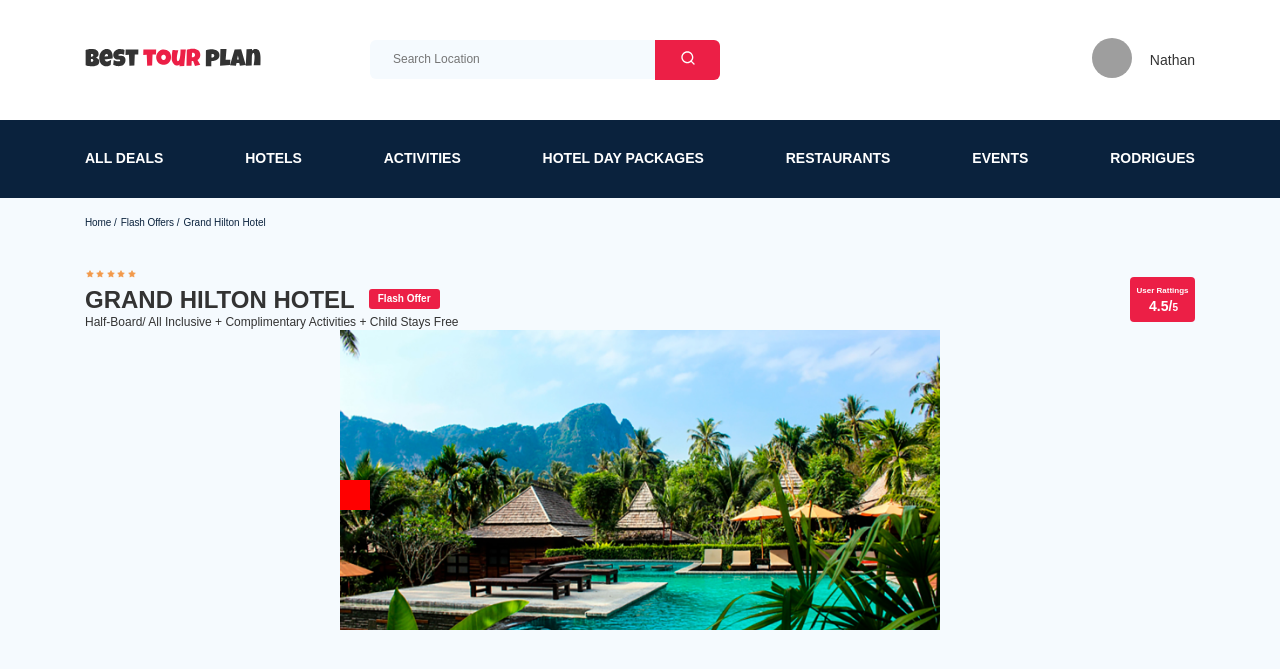
Repository: Nisovaki/tour-plan
Page: http://localhost/
The author's editor kept a copy of each file at every save. The page is drawn from the files as they stood at one save, then again after the next save.
The browser window is 1280 px wide. The pictures show the whole page.
Pictures or frames that could not be fetched are drawn as grey boxes. Some web fonts or font styles are not loaded; a fallback is used. The page is run by PHP 8.4 with error messages shown; the project is at /var/www/html/. Style sheets and scripts are compiled from the project's sources, by tool versions that may differ from the author's.

Above is the page before, as saved 2022-01-17 17:47:36.

### src/index.html
<!DOCTYPE html>
<html lang="en">
<head>
   <meta charset="UTF-8">
   <meta http-equiv="X-UA-Compatible" content="IE=edge">
   <meta name="viewport" content="width=device-width, initial-scale=1.0">
   <!-- Подключение favicon -->
   <link rel="apple-touch-icon" sizes="180x180" href="img/Favicon/apple-touch-icon.png">
   <link rel="icon" type="image/png" sizes="32x32" href="img/Favicon/favicon-32x32.png">
   <link rel="icon" type="image/png" sizes="16x16" href="img/Favicon/favicon-16x16.png">
   <link rel="manifest" href="img/Favicon/site.webmanifest">
   <link rel="mask-icon" href="img/Favicon//safari-pinned-tab.svg" color="#5bbad5">
   <meta name="msapplication-TileColor" content="#da532c">
   <meta name="theme-color" content="#ffffff">
   <!-- Шрифт Mulish + Nunito -->
   <link rel="preconnect" href="https://fonts.googleapis.com">
   <link rel="preconnect" href="https://fonts.gstatic.com" crossorigin>
   <link href="https://fonts.googleapis.com/css2?family=Mulish:wght@400;700&family=Nunito:wght@400;700;800&display=swap"
      rel="stylesheet">
   <!-- Подключение слайдера -->
   <link rel="stylesheet" href="css/swiper-bundle.min.css">
   <!-- Подключение css -->
   <link rel="stylesheet" href="css/style.css">
   <title>Best tour plan - Hotel Booking</title>
</head>
<body>
   <header class="navbar">
      <div class="container">
         <div class="navbar-top">
            <a href="https://oshcherbakova.ru/tour-plan/" class="logo">
               <img src="img/header/horizontal-logo.svg" alt="Logo: Best tour plan" class="logo__image">
            </a>

            <form action="#" class="search navbar__search">
               <input type="text" class="search__input" placeholder="Search Location">
               <button class="search__button">
                  <img src="img/header/search.svg" alt="Icon: search" class="search__img">
               </button>
            </form>

            <a href="#" class="user navbar__user">
               <img src="img/header/user-avatar.jfif" alt="avatar: Nathan" class="user__avatar">
               <span class="user__name">Nathan</span>
            </a>

            <button class="menu-button  navbar-top__menu-button">
               <span class="menu-button__line"></span>
               <span class="menu-button__line"></span>
               <span class="menu-button__line"></span>
            </button>
         </div>
         <!-- /.header-top -->
      </div>
      <!-- /.container -->
      <div class="navbar-bottom">
         <div class="container">
            <nav class="navbar-menu">
               <ul class="navbar-menu__list">
                  <li class="navbar-menu__item">
                     <a href="#" class="navbar-menu__link">All Deals</a>
                  </li>

                  <li class="navbar-menu__item">
                     <a href="#" class="navbar-menu__link">Hotels</a>
                  </li>

                  <li class="navbar-menu__item">
                     <a href="#" class="navbar-menu__link">Activities</a>
                  </li>

                  <li class="navbar-menu__item">
                     <a href="#" class="navbar-menu__link">Hotel Day Packages</a>
                  </li>

                  <li class="navbar-menu__item">
                     <a href="#" class="navbar-menu__link">Restaurants</a>
                  </li>

                  <li class="navbar-menu__item">
                     <a href="#" class="navbar-menu__link">Events</a>
                  </li>

                  <li class="navbar-menu__item">
                     <a href="#" class="navbar-menu__link">Rodrigues</a>
                  </li>
               </ul>
            </nav>
            <!-- /.navbar-menu -->
         </div>
         <!-- /.container -->
      </div>
      <!-- /.navbar-bottom -->
   </header>
   <!-- /.header -->
   <nav class="breadcrumb">
      <div class="container">
         <ul class="breadcrumb-list">
            <li class="breadcrumb-list__item">
               <a href="#" class="breadcrumb-list__link">Home</a>
            </li>

            <li class="breadcrumb-list__item">
               <a href="#" class="breadcrumb-list__link">Flash Offers</a>
            </li>

            <li class="breadcrumb-list__item">
               Grand Hilton Hotel
            </li>
         </ul>
      </div>
   </nav>
   <!-- /.breadcrumb -->
   <section class="hotel">
      <div class="container">
         <div class="hotel-info">
            <div class="hotel-info__text">
               <div class="hotel-wrapper">
                  <div class="stars">
                     <img src="img/hotel/Star.svg" alt="star" class="stars__img">
                     <img src="img/hotel/Star.svg" alt="star" class="stars__img">
                     <img src="img/hotel/Star.svg" alt="star" class="stars__img">
                     <img src="img/hotel/Star.svg" alt="star" class="stars__img">
                     <img src="img/hotel/Star.svg" alt="star" class="stars__img">
                  </div>
                  <h1 class="hotel-name hotel-info__name">Grand Hilton Hotel</h1>
                  <span class="offer hotel-info__offer">Flash Offer</span>
                  <p class="hotel-description hotel-info__description">Half-Board<span class="hotel-description__space">&nbsp;</span>/ All Inclusive + Complimentary Activities + Child Stays Free</p>
               </div>
            </div>
            <!-- /.hotel-info__text -->
            <div class="rating hotel-info__rating">
               <span class="rating__text">User Rattings</span>
               <span class="rating__counter">4.5/<span class="rating__counter-sub">5</span></span>
            </div>
            <!-- /.hotel-info__rating -->
         </div>
         <!-- /.hotel-info -->
         <div class="hotel-grid">
            <div class="slider">
               <!-- Slider main container -->
               <div class="swiper">
                  <!-- Additional required wrapper -->
                  <div class="swiper-wrapper">
                     <!-- Slides -->
                     <div class="swiper-slide">
                        <img src="img/hotel/slider.jpg" alt="slide">
                     </div>
                     <div class="swiper-slide">
                        <img src="img/hotel/slider.jpg" alt="slide">
                     </div>
                     <div class="swiper-slide">
                        <img src="img/hotel/slider.jpg" alt="slide">
                     </div>
                     ...
                  </div>
                  <!-- If we need navigation buttons -->
                  <button class="swiper-buttom swiper-button--prev"></button>
                  <button class="swiper-buttom swiper-button--next"></button>
               </div>
               <!-- /swiper-container -->
            </div>
            <!-- /slider -->
         </div>
         <!-- /hotel-grid -->
      </div>
      <!-- /.container -->
   </section>
   <!-- /.hotel -->

   <!-- Слайдер -->
   <script src="js/swiper-bundle.min.js"></script>
   <script src="js/main.js"></script>
</body>
</html>

### src/sass/style.sass
// Подключение Normalize.scss
@import '_normalize.scss'
// Подключение переменных
@import '_variables.sass'
// Подключение базовых настроек
@import '_settings.sass'
// Стили для блока Header
@import 'blocks/_header.sass'
// Хлебные крошки
@import 'blocks/_breadcrumb.sass'
// Стили блока отель
@import 'blocks/_hotel.sass'
// Подключение стилей для адаптива
@import '_media.sass'

### src/sass/_variables.sass
$primary: #EC1F46
$secondary: #F5FAFE
$text-colors: #333333
$dark: #0A223D
$light: #ffffff

### src/sass/_settings.sass
*
   box-sizing: border-box
body
   font-family: 'Mulish', sans-serif
   background-color: $secondary
   color: $text-colors
.container
   max-width: 1110px
   margin: auto
img
   max-width: 100%

### src/sass/blocks/_header.sass
.navbar
   background-color: $light
   &-top
      display: flex
      align-items: center
      justify-content: space-between
      padding: 40px 0
      &__menu-button
         display: none
   &__search
      margin-right: auto
      margin-left: 108px
   &-bottom
      background-color: $dark
   &-menu
      padding-top: 29px
      padding-bottom: 31px
      &__list
         list-style-type: none
         margin: 0
         padding: 0
         display: flex
         align-items: center
         justify-content: space-between
         color: $light
      &__link
         text-decoration: none
         color: inherit
         text-transform: uppercase
         font-size: 14px
         font-weight: 700
         line-height: 18px
.logo
   width: 177px
.search
   display: flex
   position: relative
   overflow: hidden
   border-radius: 6px
   height: 40px
   &__input
      margin-top: -1px
      width: 350px
      height: 100%
      padding-left: 23px
      padding-right: 75px
      background-color: #F5FAFE
      border-radius: 6px
      border: none
      font-size: 12px
      line-height: 15px
      outline: none
   &__button
      position: absolute
      top: 0
      right: 0
      width: 65px
      height: 100%
      border: none
      background-color: $primary
      cursor: pointer
   &__img
      margin-top: 1px
.user
   display: flex
   align-items: center
   text-decoration: none
   color: inherit
   &__avatar
      margin-top: -5px
      width: 40px
      height: 40px
      border-radius: 50%
      object-fit: cover
   &__name
      margin-left: 18px
      font-size: 14px
      line-height: 18px

### src/sass/blocks/_breadcrumb.sass
.breadcrumb
   &-list
      display: flex
      align-items: center
      padding: 18px 0
      margin: 0
      list-style: none
      &__item
         font-size: 10px
         line-height: 13px
         color: $dark
         &:not(:last-child)
            &::after
               content: '/'
               margin-right: 4px
      &__link
         text-decoration: none
         color: $dark
         letter-spacing: -0.1px

### src/sass/blocks/_hotel.sass
.hotel
   padding-top: 17px
   padding-bottom: 70px
   &-info
      display: flex
      align-items: center
      justify-content: space-between
      &__offer
         margin-left: 14px
         margin-top: 1px
      &__name
         margin-top: 2px
         margin-bottom: 0px
      &__description
         margin: 0
      &__rating
         padding-top: 2px
         margin-top: 4px
   &-description
      font-size: 12px
      line-height: 15px
      flex-basis: 60%
      &__space
         display: none
   &-name
      font-size: 24px
      font-weight: 700
      line-height: 30px
      text-transform: uppercase
   &-wrapper
      display: flex
      flex-wrap: wrap
      align-items: center
.stars
   flex-basis: 100%
   margin-left: 1px
   &__img
      margin-right: -2px
.offer
   padding: 3px 9px 4px 9px
   font-size: 10px
   font-weight: 600
   line-height: 13px
   background-color: $primary
   border-radius: 3px
   color: $light
.rating
   max-width: 65px
   min-height: 45px
   text-align: center
   color: $light
   background-color: $primary
   border-radius: 4px
   &__text
      font-size: 8px
      font-weight: 600
      line-height: 10px
   &__counter
      margin-left: 2px
      font-size: 14px
      font-weight: 700
      line-height: 18px
      &-sub
         font-size: 10px
.swiper
  width: 600px
  height: 300px
  position: relative
  &-buttom
     position: absolute
     top: 50%
     z-index: 99
     width: 30px
     height: 30px
     border: none
     background-color: red
     &--prev
        right: 100%
        top: 50%

### src/sass/_media.sass
@media (max-width: 1200px)
   .container
      max-width: 960px
@media (max-width: 992px)
   .container
      max-width: 700px
   .logo
      width: 132px
   .navbar
      &-top
         padding-top: 29px
         padding-bottom: 30px
      &__search
         margin-left: 7%
      &-menu
         padding: 20px 0
         &__list
            &:first-child
               margin-left: 14px
            &:last-child
               margin-right: 14px
         &__link
            font-size: 12px
   .search
      &__input
         margin-top: 1px
         width: 339px
         padding-left: 22px
      &__img
            margin-top: 4px
   .user
      &__avatar
         margin-top: 0px
      &__name
         margin-top: 4px
   .hotel
      padding-top: 15px
      &-info
         &__rating
            margin-top: 5px
      &-description
         flex-basis: 70%
         &__space
            display: inline
   .breadcrumb
      &-list
         padding: 19px 0
         &__item
            letter-spacing: -0.1px
   .rating
      &__counter
         margin-left: 0
@media (max-width: 768px)
   .container
      max-width: 576px
      width: 92%
   .navbar
      &__search, &-menu, &__user
         display: none
   .menu
      &-button
         display: flex
         width: 16px
         height: 11px
         padding: 0
         align-items: center
         justify-content: space-between
         flex-direction: column
         background-color: $light
         border: none
         cursor: pointer
         &__line
            width: 16px
            height: 1px
            background-color: $text-colors
   .stars
      flex-basis: content
   .hotel
      &-name
         flex-basis: 100%
      &-wrapper
         justify-content: space-between
      &-info
         &__text
            width: 100%
         &__name
            margin-top: 10px
         &__rating
            display: none
         &__offer
            order: -1
            margin-left: 0
@media (max-width: 576px)
   .container
      max-width: 95%
      .navbar
      &-top
         padding: 22px 0
         &__menu
            &-button
               margin-top: 7px
   .logo
      width: 99px
@media (min-width: 320px) and (max-width: 480px)
   .container
      max-width: 88%
   .navbar
      &-top
         padding-top: 22px
         padding-bottom: 29px
         &__menu
            &-button
               margin-top: 7px
               margin-right: 1px
   .hotel
      padding-top: 3px
      &-info
         &__offer
            margin-left: 2px
      &-description
         flex-basis: 100%
         line-height: 16px
         &__space
            display: none
   .stars
      margin-right: 18px

### src/img/header/search.svg
<svg width="16" height="16" viewBox="0 0 16 16" fill="none" xmlns="http://www.w3.org/2000/svg">
<path fill-rule="evenodd" clip-rule="evenodd" d="M7.33325 2.66668C4.75592 2.66668 2.66659 4.75601 2.66659 7.33334C2.66659 9.91067 4.75592 12 7.33325 12C9.91058 12 11.9999 9.91067 11.9999 7.33334C11.9999 4.75601 9.91058 2.66668 7.33325 2.66668ZM1.33325 7.33334C1.33325 4.01963 4.01954 1.33334 7.33325 1.33334C10.647 1.33334 13.3333 4.01963 13.3333 7.33334C13.3333 10.6471 10.647 13.3333 7.33325 13.3333C4.01954 13.3333 1.33325 10.6471 1.33325 7.33334Z" fill="white"/>
<path fill-rule="evenodd" clip-rule="evenodd" d="M10.6286 10.6286C10.889 10.3682 11.3111 10.3682 11.5714 10.6286L14.4714 13.5286C14.7318 13.7889 14.7318 14.211 14.4714 14.4714C14.2111 14.7317 13.789 14.7317 13.5286 14.4714L10.6286 11.5714C10.3683 11.311 10.3683 10.8889 10.6286 10.6286Z" fill="white"/>
</svg>

### src/img/hotel/Star.svg
<svg width="8" height="8" viewBox="0 0 8 8" fill="none" xmlns="http://www.w3.org/2000/svg">
<path fill-rule="evenodd" clip-rule="evenodd" d="M4.00005 0.333328C4.12692 0.333328 4.2428 0.405352 4.29895 0.51912L5.25147 2.44882L7.38159 2.76017C7.50711 2.77851 7.61134 2.86652 7.65047 2.98718C7.68959 3.10785 7.65683 3.24027 7.56596 3.32878L6.02489 4.82978L6.38859 6.95031C6.41004 7.07538 6.35862 7.20177 6.25596 7.27635C6.1533 7.35092 6.0172 7.36075 5.9049 7.30169L4.00005 6.29994L2.0952 7.30169C1.9829 7.36075 1.8468 7.35092 1.74414 7.27635C1.64148 7.20177 1.59006 7.07538 1.61151 6.95031L1.97521 4.82978L0.434139 3.32878C0.343267 3.24027 0.310509 3.10785 0.349635 2.98718C0.388761 2.86652 0.492988 2.77851 0.618508 2.76017L2.74863 2.44882L3.70115 0.51912C3.7573 0.405352 3.87318 0.333328 4.00005 0.333328ZM4.00005 1.41975L3.26895 2.90087C3.22044 2.99915 3.12671 3.06731 3.01826 3.08316L1.38285 3.3222L2.56596 4.47454C2.64459 4.55112 2.68047 4.6615 2.66192 4.76968L2.38278 6.39722L3.8449 5.6283C3.94203 5.57723 4.05807 5.57723 4.1552 5.6283L5.61732 6.39722L5.33818 4.76968C5.31963 4.6615 5.35552 4.55112 5.43414 4.47454L6.61725 3.3222L4.98184 3.08316C4.87339 3.06731 4.77966 2.99915 4.73115 2.90087L4.00005 1.41975Z" fill="#F2994A"/>
<path d="M2.33333 5L1 3L3 2.66667L4 1L5 2.66667L7 3.33333L5.66667 4.66667L6 7L4 6L2 7L2.33333 5Z" fill="#F2994A"/>
</svg>

### src/js/main.js
const swiper = new Swiper('.swiper', {
  // Optional parameters
  loop: true,

  // Navigation arrows
  navigation: {
    nextEl: '.swiper-button--next',
    prevEl: '.swiper-button--prev',
  },
});

Loaded but not shown: src/sass/_normalize.scss (common file); src/css/swiper-bundle.min.css (library); src/js/swiper-bundle.min.js (library); src/img/header/horizontal-logo.svg (4 lines, source omitted)

After the next save:
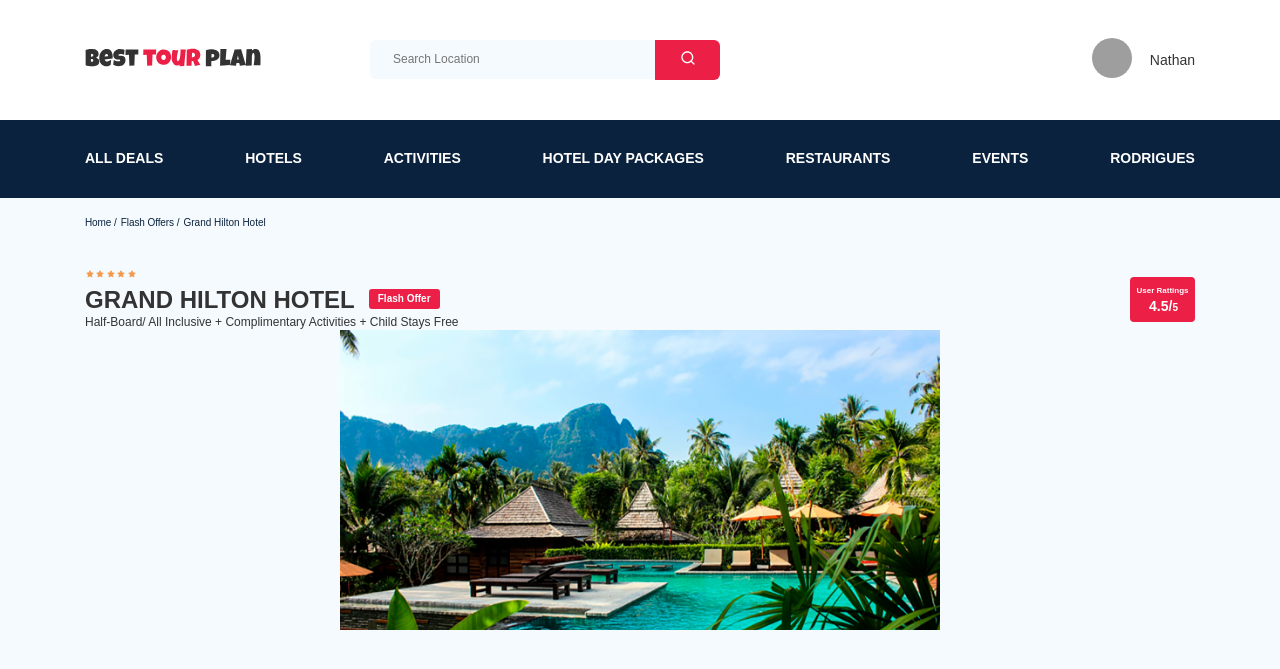
Saved 26 s later.
--- a/src/sass/blocks/_hotel.sass
+++ b/src/sass/blocks/_hotel.sass
@@ -66,7 +66,7 @@
   width: 600px
   height: 300px
   position: relative
-  &-buttom
+  &-button
      position: absolute
      top: 50%
      z-index: 99
